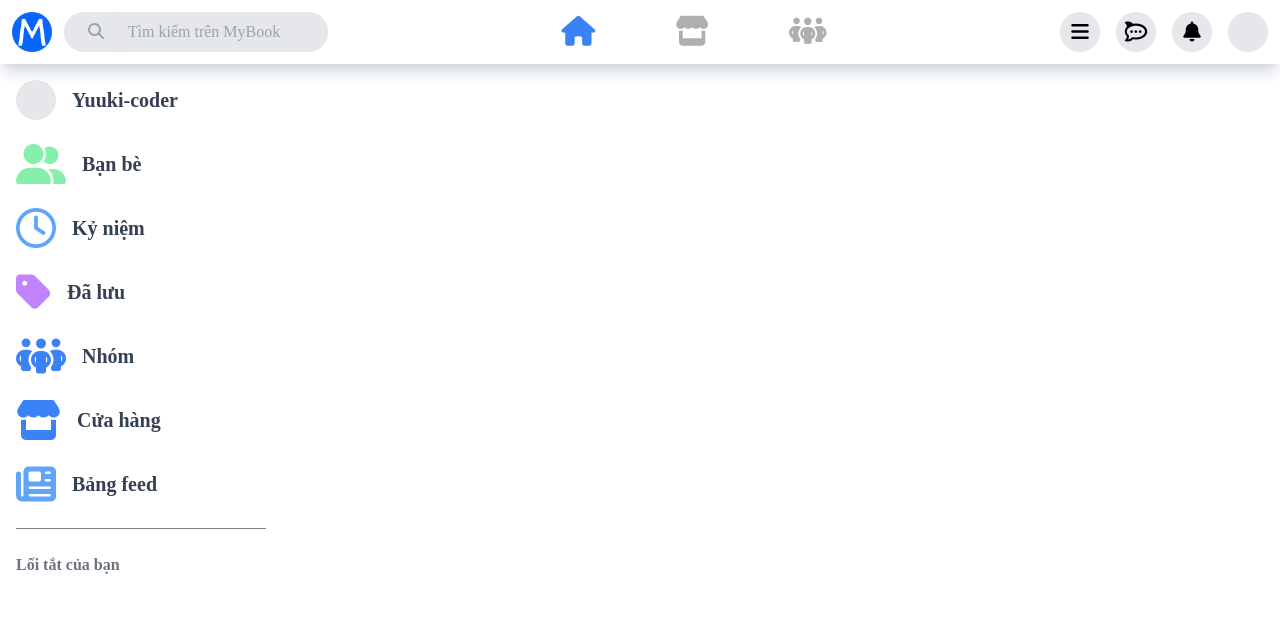
Repository: Yuukicoder/MyBook
Page: / (app in mybook/)
An editor plug-in stored every save of this project. The page is shown before and after the next save, followed by the edit.
The browser window is 1280 px wide. The pictures show the whole page.
The project was rebuilt for these pictures with package versions that can differ from the ones it lists, and the page was loaded fresh each time.

Above is the page before, as saved 2023-12-13 16:17:55.

### mybook/src/index.js
import React from 'react';
import ReactDOM from 'react-dom/client';
import './index.css';
import App from './App';
import reportWebVitals from './reportWebVitals';

const root = ReactDOM.createRoot(document.getElementById('root'));
root.render(
  <React.StrictMode >
  <App / >
  </React.StrictMode>
);

// If you want to start measuring performance in your app, pass a function
// to log results (for example: reportWebVitals(console.log))
// or send to an analytics endpoint. Learn more: https://bit.ly/CRA-vitals
reportWebVitals();

### mybook/src/index.css
@tailwind base;
@tailwind components;
@tailwind utilities;
  @import url('https://fonts.googleapis.com/css2?family=Arima:wght@100;200;300;400;500;700&display=swap');
*{
  margin: 0;
  padding: 0;
  box-sizing: border-box;
  /* border: 1px solid black; */
  font-family: Arima;
}
body{
  width: 100%;
  height: 100vh;
}

### mybook/src/App.js
import './App.css';
import '@fortawesome/fontawesome-free/css/all.min.css';
import Navbar from './Navbar'
import Option from './Option'
 var App = () =>
(
    <div class="">
        <Navbar/>
        <Option name="Yuuki-coder"/>

    </div>
)

export default App;

### mybook/src/App.css
:root{
  --text-color: rgb(175, 175, 175);
  --bg-icon-color: #e5e7eb;
}
.avatar{
  width: 40px;
  height: 40px;
  background-color: var(--bg-icon-color);
  border-radius: 50%;
  display: flex;
  align-items: center;
  justify-content: center;
}

### mybook/src/Navbar.js
import './Navbar.css'
import '@fortawesome/fontawesome-free/css/all.min.css';

var Navbar = () =>(


    <div class="flex items-center justify-between  w-screen py-3 px-3  shadow-lg shadow-gray-300">
        <div class="flex">

    <div class="Navbar_icon pr-3">
        <img class="w-10 h-10" src='iconMyBook.png' alt=""></img>
    </div>
    <div class="Navbar_search h-10 bg-gray-200 rounded-3xl">
        <label class=" text-center h-full pl-6"for="">
    <i class="fa-solid fa-magnifying-glass text-gray-400" ></i>
        </label>

        <input class="rounded-3xl text-center h-full pr-6 bg-gray-200" type="text" placeholder="Tìm kiếm trên MyBook"></input>
        </div>

    </div>
    <div class="  Navbar_selection">
        <ul class="flex gap-20">
            <li>
            <i class="fa-solid fa-house text-blue-500"></i>
            </li>
            <li>
            <i class="fa-solid fa-store"></i>
            </li>
            <li> <i class="fa-solid fa-people-group"></i></li>
        </ul>
    </div>
    <div class="Navbar_option">
        <ul class="flex gap-4 items-center">
            <li>
            <div class="avatar">

                <i class="fa-solid fa-bars"></i>
            </div>
                </li>
            <li>
            <div class="avatar">

                <i class="fa-brands fa-rocketchat"></i>
            </div>
                </li>
            <li>
            <div class="avatar">

                <i class="fa-solid fa-bell"></i>
            </div>
                </li>
            <li><div class="avatar"></div></li>
        </ul>
    </div>
    </div>
)
export default Navbar;

### mybook/src/Option.js
import './Option.css'
var Option = (x) => (
    <div class="mt-4 ml-4  grid gap-6">

    <div class="flex gap-4 items-center box ">
        <div class="avatar">
        </div>
        <p class="font-semibold text-xl text-slate-700">{x.name}</p>

    </div>
    <div class="flex gap-4 items-center box">
    <i class="fa-solid fa-user-group text-green-300"></i>
        <p class="font-semibold text-xl text-slate-700">Bạn bè</p>

    </div>
    <div class="flex gap-4 items-center box ">
    <i class="fa-regular fa-clock text-blue-400"></i>
        <p class="font-semibold text-xl text-slate-700">Kỷ niệm</p>

    </div>
    <div class="flex gap-4 items-center box ">
    <i class="fa-solid fa-tag text-purple-400"></i>
        <p class="font-semibold text-xl text-slate-700">Đã lưu</p>

    </div>
    <div class="flex gap-4 items-center box ">
    <i class="fa-solid fa-people-group text-blue-500"></i>
        <p class="font-semibold text-xl text-slate-700">Nhóm</p>

    </div>
    <div class="flex gap-4 items-center box ">
    <i class="fa-solid fa-store text-blue-500"></i>
        <p class="font-semibold text-xl text-slate-700">Cửa hàng</p>

    </div>
    <div class="flex gap-4 items-center box ">
        <i class="fa-solid fa-newspaper text-blue-400"></i>
        <p class="font-semibold text-xl text-slate-700">Bảng feed</p>

    </div>
    <div class="line"></div>
    <p class="text-base font-semibold text-gray-500">Lối tắt của bạn</p>
    </div>
)
export default Option

### mybook/src/Navbar.css
:root{
    --text-color: rgb(175, 175, 175);
    --bg-icon-color: #e5e7eb;
  }
  ul i{
  color: var(--text-color);
  font-size: 30px;
  }

  .Navbar_option ul li i{
    color: black;
  font-size: 20px;

  }

### mybook/src/Option.css

.box i{
    font-size: 40px;
}
.line{
    width: 250px;
    height: 1px;
    background-color: grey;
}

### mybook/tailwind.config.js
/** @type {import('tailwindcss').Config} */
module.exports = {
  content: [
    "./src/**/*.{js,jsx,ts,tsx}",
  ],
  theme: {
    extend: {},
    color:{
      'text-grey':'#9ca9c9'
    }
  },
  plugins: [],
}

Loaded but not shown: mybook/public/index.html (common file); mybook/src/reportWebVitals.js (common file)

After the next save:
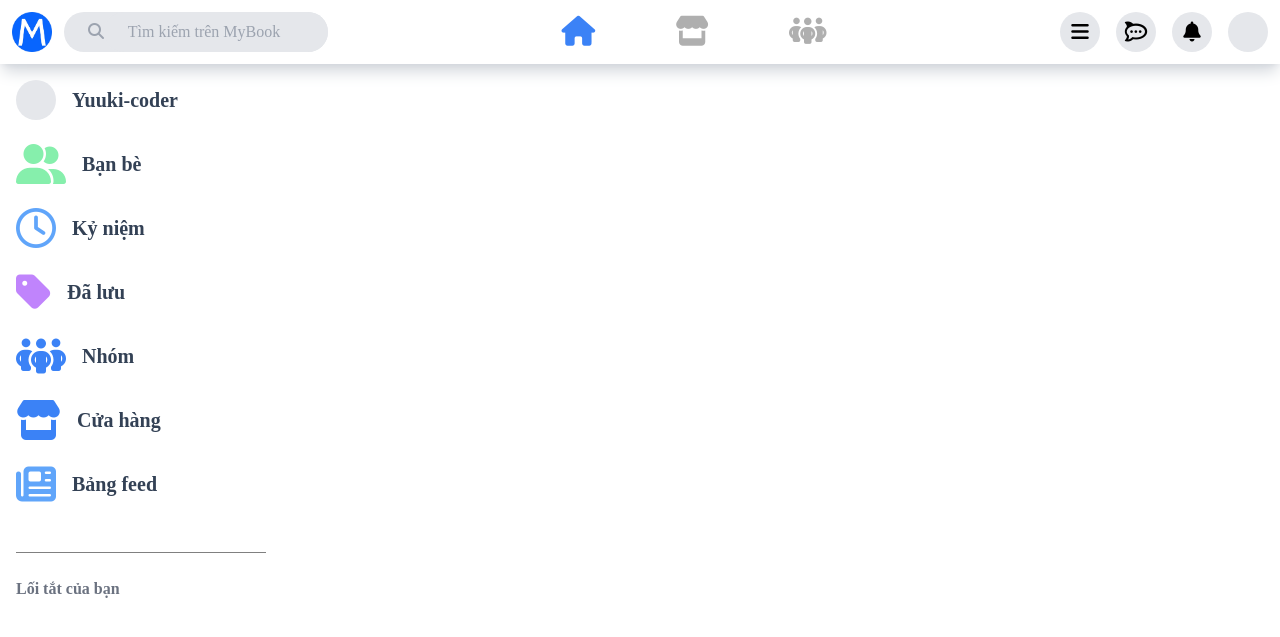
Saved 113 min 9 s later.
--- a/mybook/src/Option.js
+++ b/mybook/src/Option.js
@@ -38,6 +38,7 @@ var Option = (x) => (
         <p class="font-semibold text-xl text-slate-700">Bảng feed</p>
 
     </div>
+    <div class="collapse"></div>
     <div class="line"></div>
     <p class="text-base font-semibold text-gray-500">Lối tắt của bạn</p>
     </div>
